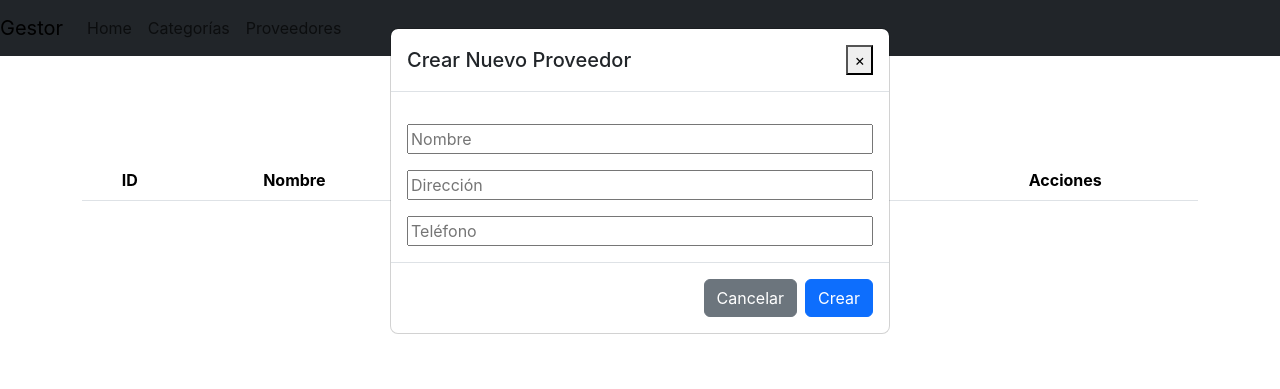
Repository: SantiagoGuaman/gestor-app
Page: /providers, after clicking the first element matching `button`
An editor plug-in stored every save of this project. The page is shown before and after the next save, followed by the edit.
The browser window is 1280 px wide. The pictures show the whole page.
The page's requests for data from a server got no answer. The project was rebuilt for these pictures with package versions that can differ from the ones it lists, and the page was loaded fresh each time. No one was signed in, and anything a server would have sent is missing. Also part of the build but not shown: src/App.css, src/Categories/GetDataCategories.js, src/HomePage/HomePage.js.

Above is the page before, as saved 2024-02-14 11:38:53.

### public/index.html
<!DOCTYPE html>
<html lang="en">
  <head>
    <meta charset="utf-8" />
    <link rel="icon" href="%PUBLIC_URL%/favicon.ico" />
    <meta name="viewport" content="width=device-width, initial-scale=1" />
    <meta name="theme-color" content="#000000" />
    <meta
      name="description"
      content="Web site created using create-react-app"
    />
    <link rel="apple-touch-icon" href="%PUBLIC_URL%/logo192.png" />
    <!--
      manifest.json provides metadata used when your web app is installed on a
      user's mobile device or desktop. See https://developers.google.com/web/fundamentals/web-app-manifest/
    -->
    <link href="https://cdn.jsdelivr.net/npm/bootstrap@5.3.2/dist/css/bootstrap.min.css" rel="stylesheet" integrity="sha384-T3c6CoIi6uLrA9TneNEoa7RxnatzjcDSCmG1MXxSR1GAsXEV/Dwwykc2MPK8M2HN" crossorigin="anonymous">
    <link rel="manifest" href="%PUBLIC_URL%/manifest.json" />
    <!--
      Notice the use of %PUBLIC_URL% in the tags above.
      It will be replaced with the URL of the `public` folder during the build.
      Only files inside the `public` folder can be referenced from the HTML.

      Unlike "/favicon.ico" or "favicon.ico", "%PUBLIC_URL%/favicon.ico" will
      work correctly both with client-side routing and a non-root public URL.
      Learn how to configure a non-root public URL by running `npm run build`.
    -->
    <title>Gestor APP</title>
  </head>
  <body>
    <noscript>You need to enable JavaScript to run this app.</noscript>
    <div id="root"></div>
    <!--
      This HTML file is a template.
      If you open it directly in the browser, you will see an empty page.

      You can add webfonts, meta tags, or analytics to this file.
      The build step will place the bundled scripts into the <body> tag.

      To begin the development, run `npm start` or `yarn start`.
      To create a production bundle, use `npm run build` or `yarn build`.
    -->
  </body>
  <script src="https://cdn.jsdelivr.net/npm/bootstrap@5.3.2/dist/js/bootstrap.bundle.min.js" integrity="sha384-C6RzsynM9kWDrMNeT87bh95OGNyZPhcTNXj1NW7RuBCsyN/o0jlpcV8Qyq46cDfL" crossorigin="anonymous"></script>
</html>

### src/App.js
import { BrowserRouter, Route, Routes } from 'react-router-dom';
import './App.css';
import GetDataCategories from './Categories/GetDataCategories';
import NavBar from './NavBar/NavBar';
import GetDataProviders from './Proveedores/GetDataProviders';
import HomePage from './HomePage/HomePage';

function App() {
  return (
    <div>
      <BrowserRouter>
        <NavBar />
        <Routes>
          <Route exact path='/' element={<HomePage />} />
          <Route exact path='/categories' element={<GetDataCategories />} />
          <Route exact path='/providers' element={<GetDataProviders />} />
        </Routes>
      </BrowserRouter>
    </div>
  );
}

export default App;

### src/NavBar/NavBar.js
import React from 'react'
import { Link } from 'react-router-dom'

function NavBar() {
    return (
        <nav className="navbar navbar-expand-lg navbar-light bg-dark lg">
            <Link className="navbar-brand" to="/">Gestor</Link>
            <button className="navbar-toggler" type="button" data-toggle="collapse" data-target="#navbarNav" aria-controls="navbarNav" aria-expanded="false" aria-label="Toggle navigation">
                <span className="navbar-toggler-icon"></span>
            </button>
            <div className="collapse navbar-collapse" id="navbarNav">
                <ul className="navbar-nav">
                    <li className="nav-item active">
                        <Link className="nav-link" to="/">Home</Link>
                    </li>
                    <li className="nav-item">
                        <Link className="nav-link" to="/categories">Categorías</Link>
                    </li>
                    <li className="nav-item">
                        <Link className="nav-link" to="/providers">Proveedores</Link>
                    </li>
                </ul>
            </div>
        </nav>
    )
}

export default NavBar

### src/Proveedores/GetDataProviders.js
import React, { useEffect, useState } from 'react'

function GetDataProviders() {

    const endPoint = 'http://localhost:8080/api/proveedores';

    const [proveedores, setProveedores] = useState([]);
    const [newProveedor, setNewProveedor] = useState({
        nombre: '',
        direccion: '',
        telefono: ''
    });
    const [editProveedor, setEditProveedor] = useState({
        nombre: '',
        direccion: '',
        telefono: ''
    });
    const [isCreateModalOpen, setCreateModalOpen] = useState(false);

    const fetchData = async () => {
        try {
            const response = await fetch(endPoint);
            if (response.ok) {
                const data = await response.json();
                setProveedores(data);
            }
        } catch (error) {
            console.error("Error fetching data:", error);
        }
    };

    const handleCreate = async () => {
        try {
            const response = await fetch(endPoint, {
                method: 'POST',
                headers: {
                    'Content-Type': 'application/json',
                },
                body: JSON.stringify(newProveedor),
            });

            if (response.ok) {
                console.log('Proveedor creado exitosamente');
                fetchData();
                setNewProveedor({
                    nombre: '',
                    direccion: '',
                    telefono: ''
                });
                setCreateModalOpen(false);
            } else {
                console.error('Error al crear el Proveedor');
            }
        } catch (error) {
            console.error('Error al procesar la solicitud de creación:', error);
        }
    };

    const handleEdit = (proveedor) => {
        setEditProveedor(proveedor);
    };

    const handleUpdate = async () => {
        try {
            const response = await fetch(`${endPoint}/${editProveedor.id}`, {
                method: 'PUT',
                headers: {
                    'Content-Type': 'application/json',
                },
                body: JSON.stringify(editProveedor),
            });

            if (response.ok) {
                console.log('Proveedor actualizado exitosamente');
                fetchData();
                setEditProveedor({
                    id: null,
                    nombre: '',
                    direccion: '',
                    telefono: ''
                });
            } else {
                console.error('Error al actualizar el Proveedor');
            }
        } catch (error) {
            console.error('Error al procesar la solicitud de actualización:', error);
        }
    };

    const handleDelete = async (id) => {
        try {
            const response = await fetch(`${endPoint}/${id}`, {
                method: 'DELETE',
            });

            if (response.ok) {
                console.log('Proveedor eliminado exitosamente');
                fetchData();
            } else {
                console.error('Error al eliminar al Proveedor');
            }
        } catch (error) {
            console.error('Error al procesar la solicitud de eliminación:', error);
        }
    }


    useEffect(() => {
        fetchData();
    }, []);

    return (
        <div className='container text-center mt-5'>
            <h1>Lista de Proveedores</h1>
            <table className="table table-hover">
                <thead>
                    <tr>
                        <th>ID</th>
                        <th>Nombre</th>
                        <th>Dirección</th>
                        <th>Teléfono</th>
                        <th>Acciones</th>
                    </tr>
                </thead>
                <tbody>
                    {proveedores.map((proveedor) => (
                        <tr key={proveedor.id_proveedor}>
                            <td>{proveedor.id_proveedor}</td>
                            <td>{proveedor.nombre}</td>
                            <td>{proveedor.direccion}</td>
                            <td>{proveedor.telefono}</td>
                            <td>
                                <button className='btn btn-secondary' onClick={() => handleEdit(proveedor)}>Editar</button>
                                <button className='btn btn-danger' onClick={() => handleDelete(proveedor.id_proveedor)}>Eliminar</button>
                            </td>
                        </tr>
                    ))}
                </tbody>
            </table>
            <button onClick={() => setCreateModalOpen(true)}>Crear Proveedor</button>
            {isCreateModalOpen && (
                <div className="modal" tabIndex="-1" role="dialog" style={{ display: 'block' }}>
                    <div className="modal-dialog" role="document">
                        <div className="modal-content">
                            <div className="modal-header">
                                <h5 className="modal-title">Crear Nuevo Proveedor</h5>
                                <button type="button" className="close" data-dismiss="modal" aria-label="Close" onClick={() => setCreateModalOpen(false)}>
                                    <span aria-hidden="true">&times;</span>
                                </button>
                            </div>

                            <div className="modal-body" style={{ display: 'flex', flexDirection: 'column' }}>
                                <input className='mt-3'
                                    type="text"
                                    placeholder="Nombre"
                                    value={newProveedor.nombre}
                                    onChange={(e) => setNewProveedor({ ...newProveedor, nombre: e.target.value })}
                                />
                                <input className='mt-3'
                                    type="text"
                                    placeholder="Dirección"
                                    value={newProveedor.direccion}
                                    onChange={(e) => setNewProveedor({ ...newProveedor, direccion: e.target.value })}
                                />
                                <input className='mt-3'
                                    type="text"
                                    placeholder="Teléfono"
                                    value={newProveedor.telefono}
                                    onChange={(e) => setNewProveedor({ ...newProveedor, telefono: e.target.value })}
                                />
                            </div>
                            <div className="modal-footer">
                                <button type="button" className="btn btn-secondary" onClick={() => setCreateModalOpen(false)}>Cancelar</button>
                                <button type="button" className="btn btn-primary" onClick={handleCreate}>Crear</button>
                            </div>
                        </div>
                    </div>
                </div>

            )}
            {editProveedor.id && (
                <div>
                    <h2>Editar Proveedor</h2>
                    <input
                        type="text"
                        value={editProveedor.nombre}
                        onChange={(e) => setEditProveedor({ ...editProveedor, nombre: e.target.value })}
                    />
                    <input
                        type="text"
                        value={editProveedor.direccion}
                        onChange={(e) => setEditProveedor({ ...editProveedor, direccion: e.target.value })}
                    />
                    <input
                        type="text"
                        value={editProveedor.telefono}
                        onChange={(e) => setEditProveedor({ ...editProveedor, telefono: e.target.value })}
                    />
                    <button className='btn btn-success' onClick={handleUpdate}>Guardar</button>
                </div>
            )}
        </div>
    );
}

export default GetDataProviders

Loaded but not shown: src/index.js (common file); src/index.css (common file); src/reportWebVitals.js (common file)

After the next save:
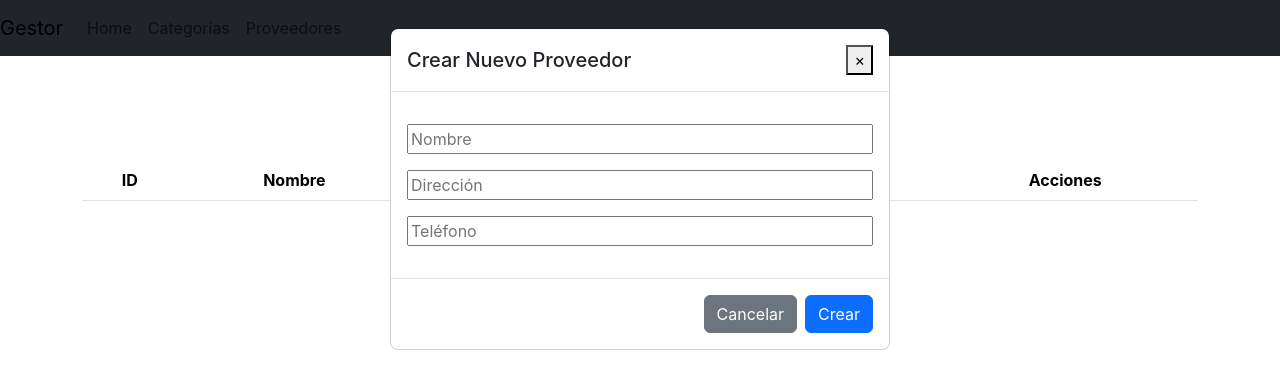
Saved 5 s later.
--- a/src/Proveedores/GetDataProviders.js
+++ b/src/Proveedores/GetDataProviders.js
@@ -169,7 +169,7 @@ function GetDataProviders() {
                                     onChange={(e) => setNewProveedor({ ...newProveedor, telefono: e.target.value })}
                                 />
                             </div>
-                            <div className="modal-footer">
+                            <div className="modal-footer mt-3">
                                 <button type="button" className="btn btn-secondary" onClick={() => setCreateModalOpen(false)}>Cancelar</button>
                                 <button type="button" className="btn btn-primary" onClick={handleCreate}>Crear</button>
                             </div>
